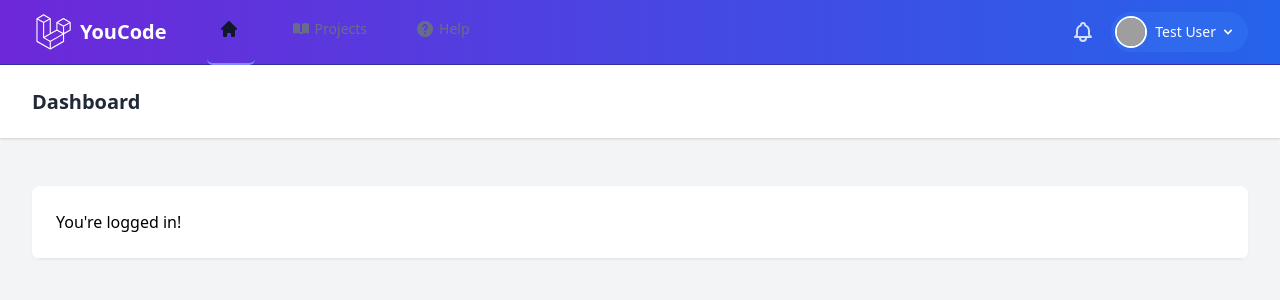
Repository: mohamedm999/Plateforme-de-Tests-d-Acceptation---YouCode-
Page: http://localhost/dashboard
These files come from the project's save history. The page is drawn as it stood at one moment and after a run of saves; the edit follows.
The browser window is 1280 px wide. The pictures show the whole page.
Pictures or frames that could not be fetched are drawn as grey boxes. The page is served by the project's Laravel application, run on PHP 8.4 with Laravel 8. A made-up administrator, Test User (test@example.com), is signed in.

Above is the page before, as saved 2025-02-26 13:55:28.

After the next 2 saves:
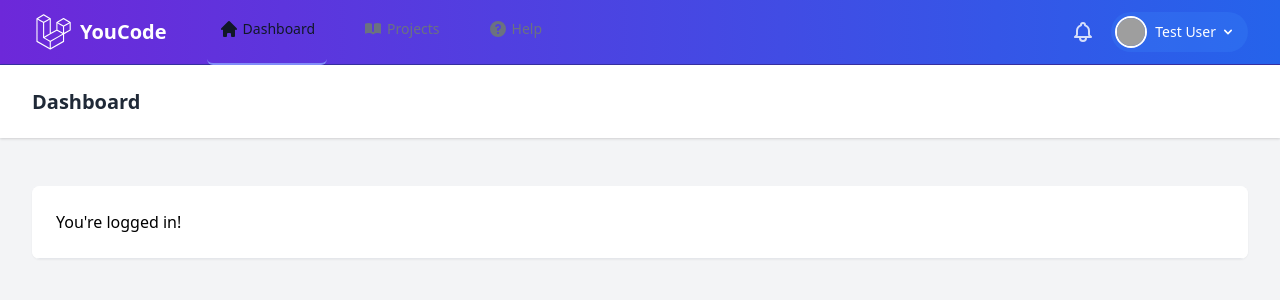
The 2 saves are shown as one change because they came seconds apart.
The last was saved 14 s later.
--- a/projet-evaluation/resources/views/layouts/navigation.blade.php
+++ b/projet-evaluation/resources/views/layouts/navigation.blade.php
@@ -15,22 +15,22 @@
                 <div class="hidden space-x-6 sm:-my-px sm:ml-10 sm:flex">
                     <x-nav-link :href="route('dashboard')" :active="request()->routeIs('dashboard')" class="text-white hover:text-indigo-100 font-medium px-3 py-2 rounded-md hover:bg-indigo-600 transition-all duration-200">
                         <svg xmlns="http://www.w3.org/2000/svg" class="h-5 w-5 inline-block mr-1" viewBox="0 0 20 20" fill="currentColor">
-                        <svg xmlns="http://www.w3.org/2000/svg" class="h-5 w-5 inline-block mr-1" viewBox="0 0 20 20" fill="currentColor">
                             <path d="M10.707 2.293a1 1 0 00-1.414 0l-7 7a1 1 0 001.414 1.414L4 10.414V17a1 1 0 001 1h2a1 1 0 001-1v-2a1 1 0 011-1h2a1 1 0 011 1v2a1 1 0 001 1h2a1 1 0 001-1v-6.586l.293.293a1 1 0 001.414-1.414l-7-7z" />
                         </svg>
                         {{ __('Dashboard') }}
                     </x-nav-link>
 
-                    <!-- Add more navigation links as needed -->
-                    <x-nav-link href="#" class="text-white opacity-90 hover:opacity-100 font-medium px-3 py-2 rounded-md hover:bg-blue-500 transition-all duration-200">
+                    <x-nav-link href="#" class="text-white hover:text-indigo-100 font-medium px-3 py-2 rounded-md hover:bg-indigo-600 transition-all duration-200">
                         <svg xmlns="http://www.w3.org/2000/svg" class="h-5 w-5 inline-block mr-1" viewBox="0 0 20 20" fill="currentColor">
                             <path d="M9 4.804A7.968 7.968 0 005.5 4c-1.255 0-2.443.29-3.5.804v10A7.969 7.969 0 015.5 14c1.669 0 3.218.51 4.5 1.385A7.962 7.962 0 0114.5 14c1.255 0 2.443.29 3.5.804v-10A7.968 7.968 0 0014.5 4c-1.255 0-2.443.29-3.5.804V12a1 1 0 11-2 0V4.804z" />
                         </svg>
                         {{ __('Projects') }}
                     </x-nav-link>
 
-                    <x-nav-link href="#" class="text-white opacity-90 hover:opacity-100 font-medium px-3 py-2 rounded-md hover:bg-blue-500 transition-all duration-200">
+                    <x-nav-link href="#" class="text-white hover:text-indigo-100 font-medium px-3 py-2 rounded-md hover:bg-indigo-600 transition-all duration-200">
                         <svg xmlns="http://www.w3.org/2000/svg" class="h-5 w-5 inline-block mr-1" viewBox="0 0 20 20" fill="currentColor">
+                            <path fill-rule="evenodd" d="M18 10a8 8 0 11-16 0 8 8 0 0116 0zm-8-3a1 1 0 00-.867.5 1 1 0 11-1.731-1A3 3 0 0113 8a3.001 3.001 0 01-2 2.83V11a1 1 0 11-2 0v-1a1 1 0 011-1 1 1 0 100-2zm0 8a1 1 0 100-2 1 1 0 000 2z" clip-rule="evenodd" />
+                        </svg>
                             <path fill-rule="evenodd" d="M18 10a8 8 0 11-16 0 8 8 0 0116 0zm-8-3a1 1 0 00-.867.5 1 1 0 11-1.731-1A3 3 0 0113 8a3.001 3.001 0 01-2 2.83V11a1 1 0 11-2 0v-1a1 1 0 011-1 1 1 0 100-2zm0 8a1 1 0 100-2 1 1 0 000 2z" clip-rule="evenodd" />
                         </svg>
                         {{ __('Help') }}
